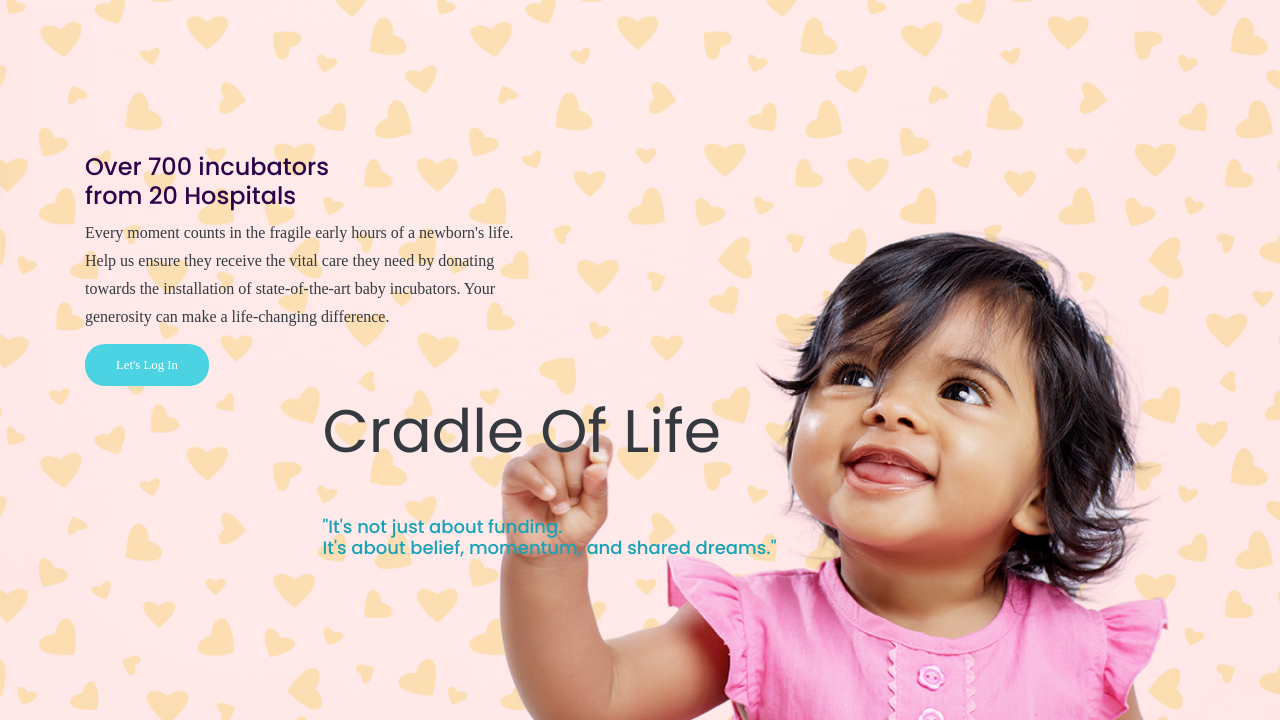
Repository: Adu065/Cradle-of-Life
Page: http://localhost/CradleOfLife/pages/login.jsp
An editor plug-in stored every save of this project. The page is shown before and after a run of saves, followed by the edit.
The browser window is 1280 px wide. The pictures show the whole page.
Some web fonts or font styles are not loaded; a fallback is used. The page is served by Tomcat 9.

Above is the page before, as saved 2023-08-24 13:56:43.

After the next 2 saves:
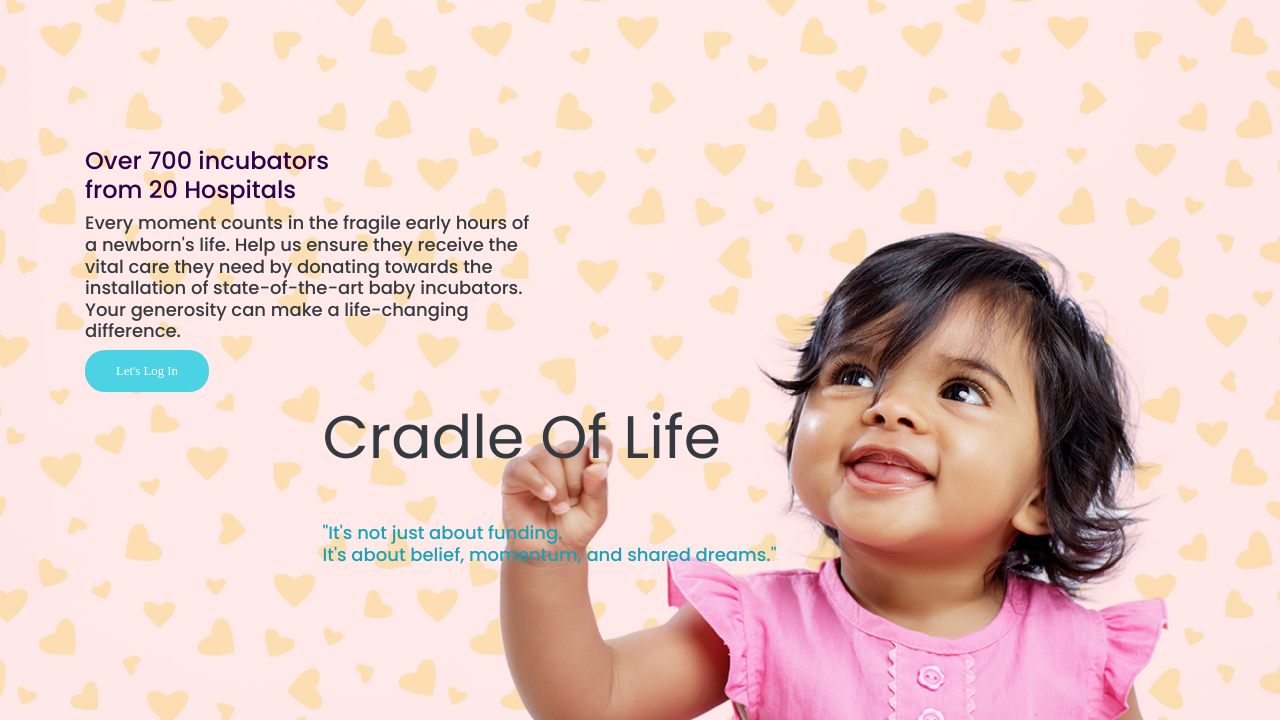
The 2 saves are shown as one change because they came seconds apart.
The last was saved 20 s later.
--- a/CradleOfLife/WebContent/pages/login.jsp
+++ b/CradleOfLife/WebContent/pages/login.jsp
@@ -42,11 +42,11 @@
 							<h3>
 								Over 700 incubators <br> from 20 Hospitals
 							</h3>
-							<p class="text-dark">Every moment counts in the fragile early hours of a
+							<h4 class="text-dark">Every moment counts in the fragile early hours of a
 								newborn's life. Help us ensure they receive the vital care they
 								need by donating towards the installation of state-of-the-art
 								baby incubators. Your generosity can make a life-changing
-								difference.</p>
+								difference.</h4>
 								<a href="#form_login"
 								class="login popup-with-form genric-btn success circle ">Let's
 								Log In</a>
